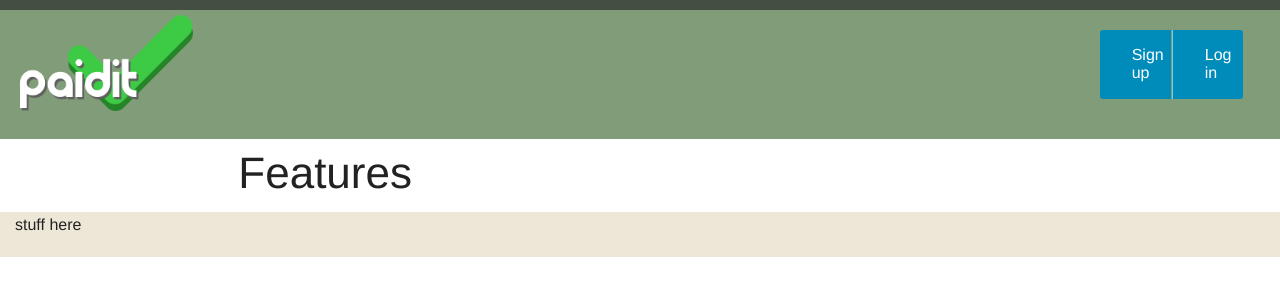
Repository: jcskillings/paidit
Page: splash.html
The author's editor kept a record of every edit. The page is drawn from the files as they stood at one moment, then again after the next edit.
The browser window is 1280 px wide. The pictures show the whole page.

Above is the page before.

After the next edit:
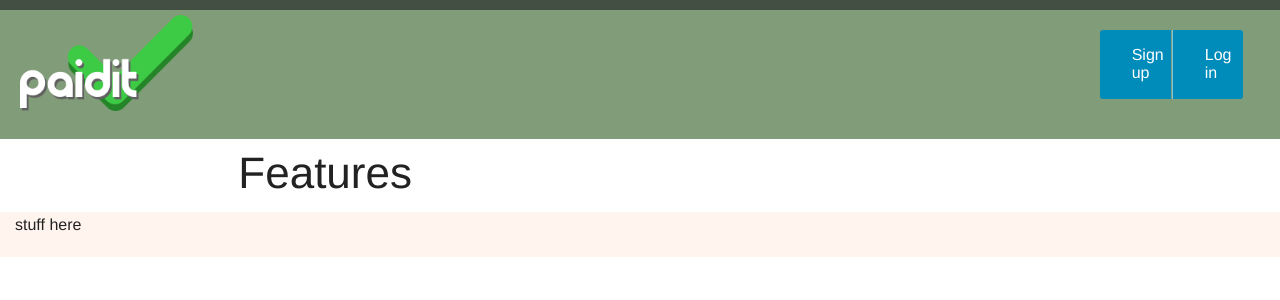
The edit:
--- a/css/splash.css
+++ b/css/splash.css
@@ -9,7 +9,7 @@
 
 #bottomRow {
 
-    background: #EDE7D7 !important;
+    background: #FFF5EE !important;
     width: 100% !important;
 }
 
